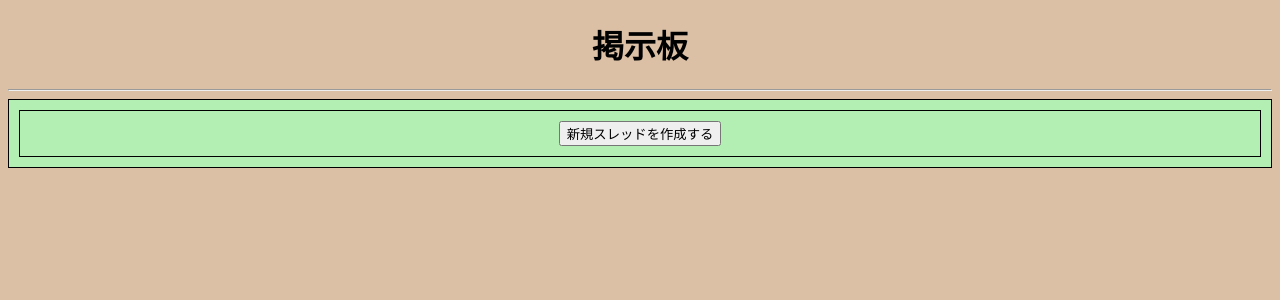
Repository: daidai0602/mba_portal
Page: http://localhost/php_2chan/
The author's editor kept a copy of each file at every save. The page is drawn from the files as they stood at one save, then again after the next save.
The browser window is 1280 px wide. The pictures show the whole page.
The page is run by PHP 8.4 with error messages shown; the project is at /var/www/html/. Queries for data that is not in the repository find no rows.

Above is the page before, as saved 2023-12-04 16:35:02.

After the next save:
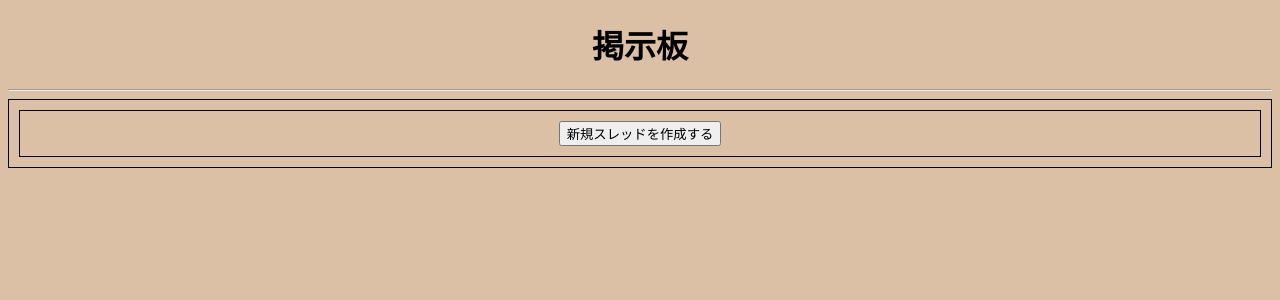
Saved 7 s later.
--- a/assets/css/style.css
+++ b/assets/css/style.css
@@ -68,7 +68,7 @@ section .comment {
 /*新規スレッド*/
 
 .newThreadWrapper {
-  background-color: #b3eeb3;
+  /* background-color: #b3eeb3; */
   padding: 10px;
   max-width: 1300px;
   margin: 0 auto;
